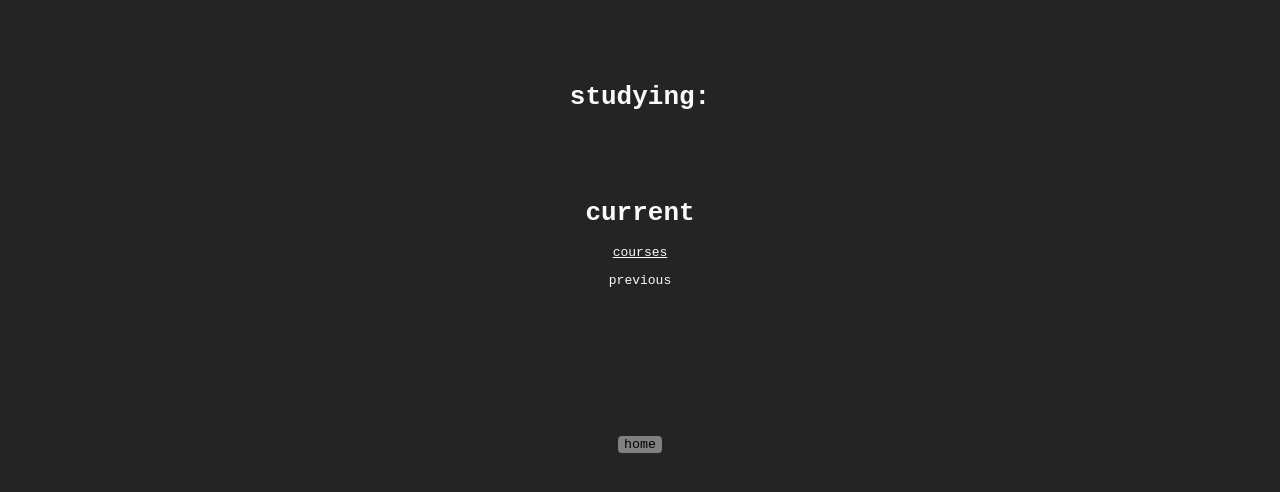
Repository: yellowspots/geneweb
Page: studying.html
These files come from the project's save history. The page is drawn as it stood at one moment and after the next save; the edit follows.
The browser window is 1280 px wide. The pictures show the whole page.

Above is the page before, as saved 2024-05-03 00:50:05.

After the next save:
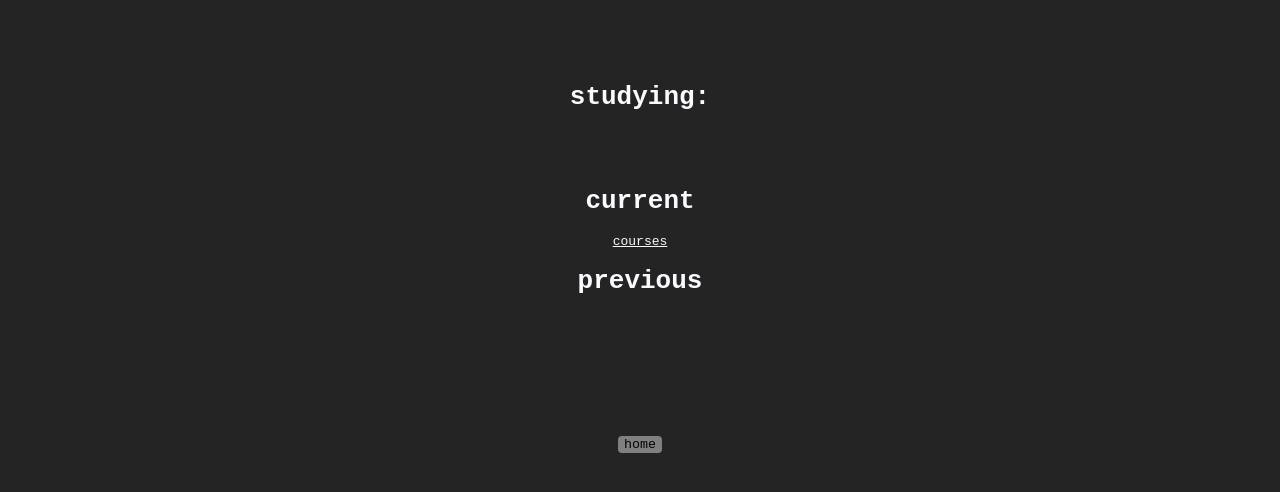
Saved 5 s later.
--- a/studying.html
+++ b/studying.html
@@ -11,7 +11,7 @@
     <div style="text-align: center; display: flex; flex-direction: column; align-items: center; justify-content: center; height: 20vh;">
         <h1>current</h1>
         <a href="courses.html">courses</a>
-        <p>previous</p>
+        <h1>previous</h1>
     </div>
 </body>
 <footer>
